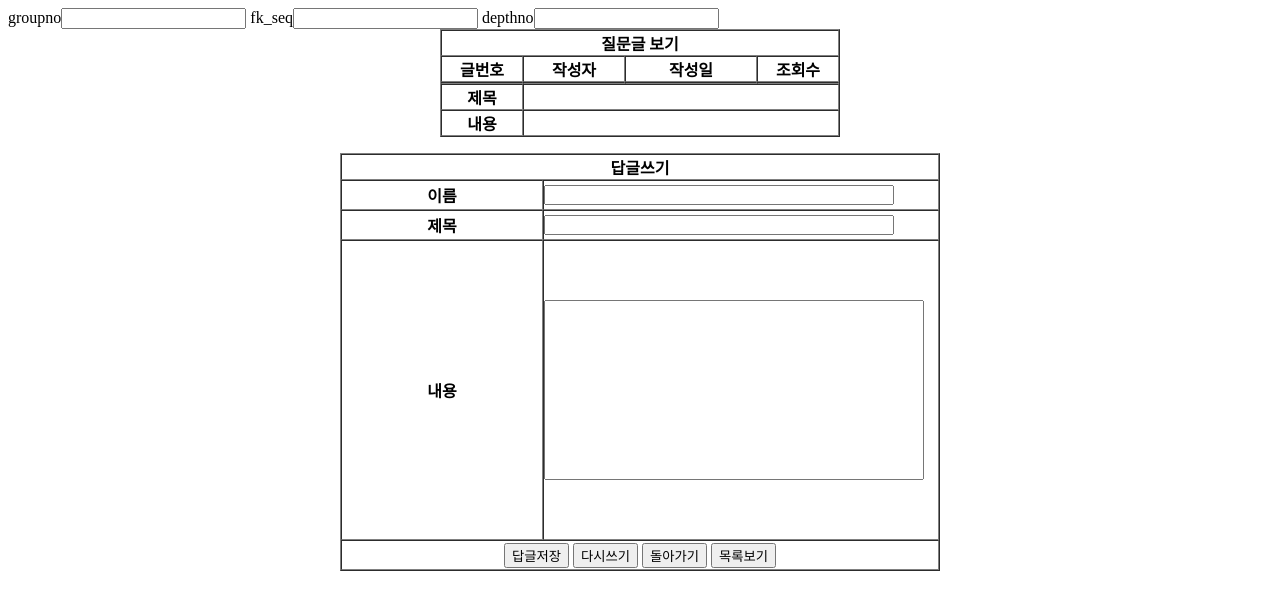
Repository: xx10222/STS_MVC2_Board
Page: http://localhost/project2/WEB-INF/views/board/replyView.jsp
These files come from the project's save history. The page is drawn as it stood at one moment and after the next save; the edit follows.
The browser window is 1280 px wide. The pictures show the whole page.
Some web libraries are served in a nearby version. The page is served by Tomcat 9. Nobody is signed in. The template is opened directly, without the code that normally fills it, so the values that code supplies are empty.

Above is the page before, as saved 2020-05-27 10:39:49.

After the next save:
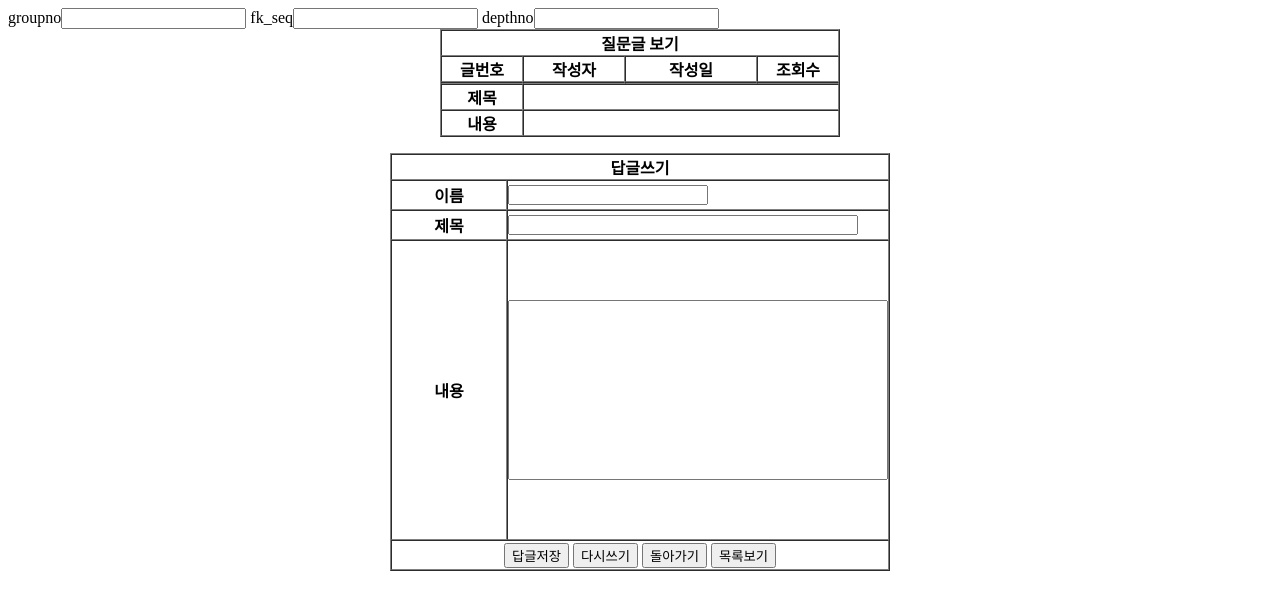
Saved 24 s later.
--- a/project2/src/main/webapp/WEB-INF/views/board/replyView.jsp
+++ b/project2/src/main/webapp/WEB-INF/views/board/replyView.jsp
@@ -99,12 +99,12 @@
                <input type="hidden" name="groupno" value="${reply.groupno}" readonly="readonly"/>
                <input type="hidden" name="fk_seq" value="${reply.bno}" readonly="readonly"/>
                <input type="hidden" name="depthno" value="${reply.depthno+1}" readonly="readonly"/>
-               <table align="center" width="600" cellpadding="0" cellspacing="0" border="1">
+               <table align="center" width="500" cellpadding="0" cellspacing="0" border="1">
                   <tr><th colspan = "2" align="center">답글쓰기</th></tr>
                       <tr>
-                        <th align="center" width="200" height="30">이름</th>
+                        <th align="center" width="100" height="30">이름</th>
                         <td>
-                          <input style="width:350px;height:20px;" type="text" id="writer" name="writer" class="chk" title="작성자를 입력하세요."
+                          <input style="width:200px;height:20px;" type="text" id="writer" name="writer" class="chk" title="작성자를 입력하세요."
                           maxlength="20" oninput="numberMaxLength(this);"/>
                         </td>
                      </tr>
